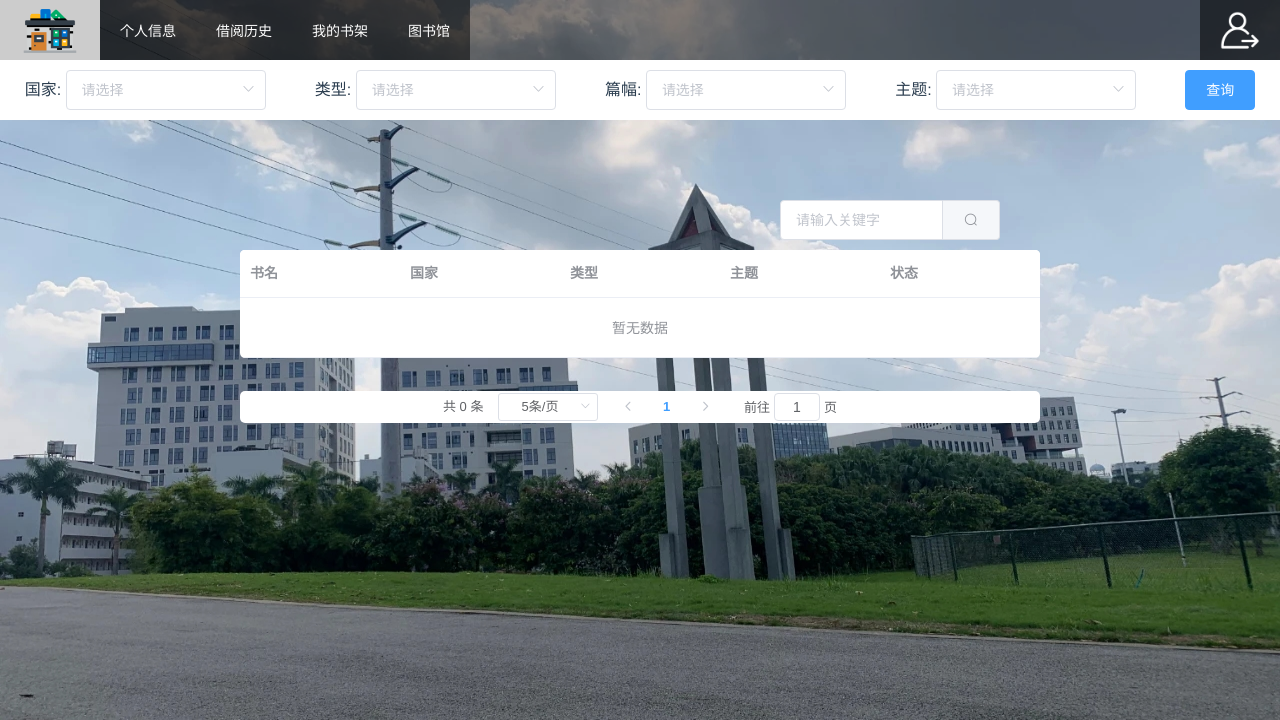
Repository: Akron-xz/helloVue
Page: /#/library (app in vue-library/)
The author's editor kept a copy of each file at every save. The page is drawn from the files as they stood at one save, then again after the next save.
The browser window is 1280 px wide. The pictures show the whole page.
The project was rebuilt for these pictures with package versions that can differ from the ones it lists, and the page was loaded fresh each time. Also part of the build but not shown: vue-library/src/components/homeNav.vue, vue-library/src/views/Home.vue.

Above is the page before, as saved 2020-11-25 12:03:25.

### vue-library/src/main.js
import Vue from 'vue'
import App from './App.vue'
import ElementUI from 'element-ui';
import 'element-ui/lib/theme-chalk/index.css';
import axios from "axios"
import router from './router'
import Router from 'vue-router'

const routerPush = Router.prototype.push
Router.prototype.push = function push(location) {
    return routerPush.call(this, location).catch(error => error)
}

Vue.config.productionTip = false
Vue.use(ElementUI);
Vue.prototype.$axios = axios;


new Vue({
    router,
    render: h => h(App)
}).$mount('#app')

### vue-library/src/router/index.js
import Vue from 'vue'
import VueRouter from 'vue-router'
import Home from '../views/Home.vue'


Vue.use(VueRouter)

const routes = [{
        path: '/',
        name: 'Home',
        component: Home
    },
    {
        path: '/about',
        name: 'About',
        // route level code-splitting
        // this generates a separate chunk (about.[hash].js) for this route
        // which is lazy-loaded when the route is visited.
        component: () =>
            import ( /* webpackChunkName: "about" */ '../views/About.vue')
    },
    {
        path: '/admin',
        name: 'Admin',
        // route level code-splitting
        // this generates a separate chunk (about.[hash].js) for this route
        // which is lazy-loaded when the route is visited.
        component: () =>
            import ( /* webpackChunkName: "about" */ '../views/Administrator.vue')
    },
    {
        path: "/userLogin",
        name: "UserLogin",
        component: () =>
            import ('../views/UserLogin.vue')
    },
    {
        path: "/user",
        name: "User",
        component: () =>
            import ( /* webpackChunkName: "about" */ '../views/User.vue')
    },
    {
        path: "/signup",
        name: "SignUp",
        component: () =>
            import ('../views/SignUp.vue')
    },
    {
        path: "/adminmain",
        name: "AdminMain",
        component: () =>
            import ('../views/AdminMain.vue')
    },
    {

        path: "/MyInformation",
        name: "MyInformation",
        component: () =>
            import ('../views/MyInformation.vue')
    },
    {
        path: "/library",
        name: "Library",
        component: () =>
            import ( /* webpackChunkName: "about" */ '../views/Library.vue')

    },
    {
        path: "/modifymsg",
        name: "ModifyMsg",
        component: () =>
            import ('../views/ModifyMsg.vue')
    },
    {
        path: "/borrowhistory",
        name: "BorrowHistory",
        component: () =>
            import ('../views/BorrowHistory.vue')
    },
    {
        path: "/newissue",
        name: "NewIssue",
        component: () =>
            import ('../views/NewIssue.vue')
    },
    {
        path: "/booksearch",
        name: "BookSearch",
        component: () =>
            import ('../views/BookSearch.vue')
    },
    {
        path: "/MyBookshelves",
        name: "MyBookshelves",
        component: () =>
            import ('../views/MyBookshelves.vue')
    },
    {
        path: "/modifyAnnounce",
        name: "ModifyAnnounce",
        component: () =>
            import ('../views/ModifyAnnounce.vue')
    },
    {
        path: "/statistics",
        name: "Statistics",
        component: () =>
            import ('../views/Statistics.vue')
    },


]

const router = new VueRouter({
    routes
})

export default router

### vue-library/src/views/Library.vue
<template >
  <div class="library-container">
    <userNavigation></userNavigation>
    <div class="select">
      <label for=""
        >国家:
        <el-select v-model="couId" clearable placeholder="请选择">
          <el-option
            v-for="item in country"
            :key="item.countryId"
            :label="item.countryName"
            :value="item.countryId"
          >
          </el-option>
        </el-select>
      </label>

      <label for=""
        >类型:
        <el-select v-model="tyId" clearable placeholder="请选择">
          <el-option
            v-for="item in type"
            :key="item.typeId"
            :label="item.typeName"
            :value="item.typeId"
          >
          </el-option>
        </el-select>
      </label>

      <label for=""
        >篇幅:
        <el-select clearable placeholder="请选择" v-model="pagenumber">
          <el-option
            v-for="item in pages"
            :key="item.pageId"
            :label="item.pageName"
            :value="item.pageId"
          >
          </el-option>
        </el-select>
      </label>

      <label for=""
        >主题:
        <el-select v-model="thId" clearable placeholder="请选择">
          <el-option
            v-for="item in theme"
            :key="item.themeId"
            :label="item.themeName"
            :value="item.themeId"
          >
          </el-option>
        </el-select>
      </label>
      <el-button type="primary" class="query" @click="selectByLabel"
        >查询</el-button
      >
    </div>

    <div>
      <div class="keyWordQuery">
        <el-input
          placeholder="请输入关键字"
          style="width: 220px"
          class="input-with-select"
          v-model="key"
          @keyup.enter.native="selectByKey"
        >
          <el-button
            slot="append"
            icon="el-icon-search"
            @click="selectByKey"
          ></el-button>
        </el-input>
      </div>
    </div>

    <!-- 搜索后显示 -->
    <div class="table-box" v-show="tableDisplay">
      <el-table
        :data="
          lists.slice(
            (page.currentPage - 1) * page.pageSize,
            page.currentPage * page.pageSize
          )
        "
        max-height="240"
      >
        <el-table-column label="书名" property="bookName"></el-table-column>
        <el-table-column
          label="国家"
          property="country.countryName"
        ></el-table-column>
        <el-table-column
          label="类型"
          property="type.typeName"
        ></el-table-column>
        <el-table-column
          label="主题"
          property="theme.themeName"
        ></el-table-column>
        <el-table-column label="状态">
          <template slot-scope="scope">
            <el-button type="" @click="borrowStatus(scope.row)">详情</el-button>
          </template>
        </el-table-column>
      </el-table>
      <br />
      <!-- 分页器 -->
      <div class="block" style="margin-top: 15px">
        <el-pagination
          align="center"
          @size-change="handleSizeChange"
          @current-change="handleCurrentChange"
          :current-page="page.currentPage"
          :page-sizes="[1, 5, 10, 20]"
          :page-size="page.pageSize"
          layout="total, sizes, prev, pager, next, jumper"
          :total="lists.length"
        >
        </el-pagination>
      </div>
    </div>

    <!-- 进入借阅界面 -->
    <div class="borrow-box" v-show="!tableDisplay">
      <h1>书名：{{ bookname }}</h1>
      <div v-text="'简介：' + brief" class="brief"></div>
      <div class="borrow-button">
        <el-button v-if="isBorrow()" type="primary" @click="borrow" disabled>
          已借
        </el-button>
        <el-button v-else-if="this.surplusNumber >= 1" type="primary" @click="borrow">
          借阅
        </el-button>
        <el-button v-else type="primary" @click="borrow" disabled style="background-color: lack">
          无货
        </el-button>
        <el-button type="info" @click="goBack">返回</el-button>
      </div>
    </div>
  </div>
</template>
<script>
import axios from "axios";
import userNavigation from '@/components/userNav.vue';
export default {
  components:{
        userNavigation
    },
  data() {
    return {
      couId: "",
      tyId: "",
      thId: "",
      pagenumber: "",
      key: "",
      brief: "霍金写的书",
      bookname: "时间简史",
      tableDisplay: true,
      bookId:"",

      // 剩余数量
      surplusNumber:"",

      userData:[{
        userId:"",
        name: "",
          sex: "",
          age: "",
          email: "",
          birthday: "",
          phone: "",
          address: "",
          introduction: "",
          password: "",
      }],

      // 接收数据
      lists: [],
      // 分页
      page: {
        currentPage: 1, // 当前页码
        total: 20, // 总条数
        pageSize: 5, // 每页的数据条数
      },
      // 输入框内容
      inputContent: "",

      tableData: [
        {
          bookName: "1",
          country: {
            countryId: 0,
            countryName: "",
          },

          type: "3",
          theme: "4",
          brief: "5",
        },
      ],
      value: "",
      country: [
        {
          countryId: 0,
          countryName: "",
        },
      ],

      // 类型
      type: [
        {
          typeId: 0,
          typeName: "",
        },
      ],

      // 借阅历史
      borrowList:[],
      // 借阅状态：1.已借 2.有货 3.缺货
      num: 2,
      // 归还状态
      return: [],

      pages: [
        {
          pageId: 1,
          pageName: "1-500字",
        },
        {
          pageId: 2,
          pageName: "501-1000字",
        },
        {
          pageId: 3,
          pageName: "1001-1500字",
        },
        {
          pageId: 4,
          pageName: ">1500字",
        },
      ],
      theme: [
        {
          themeId: 0,
          themeName: "",
        },
      ],
    };
  },
  methods: {
    // 进入详细页面
    borrowStatus(row) {
      this.tableDisplay = !this.tableDisplay;
      this.brief = [row][0].brief;
      this.bookname = [row][0].bookName;
      this.bookId = [row][0].bookId;
      this.surplusNumber = [row][0].surplusNumber;
    },

    // 点击借阅按钮
    borrow() {
      console.log(this.bookId)
      console.log(this.userData[0].userId)
      axios({
        method:"get",
        url:"http://localhost:8081/user/borrow/",
        params:{
          userId:this.userData[0].userId,
          bookId:this.bookId,

        }
      }).then(res=>{
        alert(res.data);
        this.$router.go(0);
      })
     console.log(this.bookId)
      this.tableDisplay = !this.tableDisplay;
    },
     goBack() {
      this.tableDisplay = !this.tableDisplay;
    },
    // 每页多少条数据
    handleSizeChange(val) {
      console.log(`每页 ${val} 条`);
      this.page.currentPage = 1;
      this.page.pageSize = val;
    },
    // 当前页码
    handleCurrentChange(val) {
      console.log(`当前页: ${val}`);
      this.page.currentPage = val;
    },

    // 计算是否处于借阅状态
    isBorrow(){
      for (let i = 0; i < this.return.length; i++) {
        if (this.bookId == this.return[i].bookId) {
          return true;
        }
      }
      return false;
    },

    // 书籍模糊搜索
    searchContent() {
      if (this.inputContent == "") {
        alert("请输入需要查询的信息。");
        return 0;
      }
      axios
        .post(
          // 接口路径是什么？(fixed)
          "http://localhost:8081/book/list/" + this.inputContent
        )
        .then((res) => {
          console.log("搜索成功");
          let list = res.data;
          console.log(list);
        })
        .catch((err) => console.log("error...", err));
      //清空输入框
      this.inputContent = "";
    },

    // 关键字搜索
    selectByLabel() {
      axios
        .post(
          "http://localhost:8081/book/list/label",
          {
            countryId: this.couId,
            typeId: this.tyId,
            themeId: this.thId,
            lengthRange: this.pagenumber,
          },
          { emulateJSON: true }
        )
        .then((res) => {
          this.lists = res.data;
        })
        .catch((err) => console.log("error...", err));
    },

    selectByKey() {
      axios
        .get("http://localhost:8081/book/list/key", {
          params: {
            key: this.key,
          },
        })
        .then((res) => {
          this.lists = res.data;
          this.key = "";
        })
        .catch((err) => console.log("error...", err));
    },
  },

  created() {
    // 获取user的session
    let user = JSON.parse(sessionStorage.getItem("userSession"));
    console.log(user);
    this.userData[0].userId = user.userId;
    console.log(this.userData);
    axios
      .get("http://localhost:8081/book/list", {
        params: {
          pageNum: 1,
          pageSize: 5,
        },
      })
      .then((res) => {
        // console.log(pageInfo);
        // 使用全局lists变量来接收响应的json数据
        // 使用全局lists接受响应的json数据
        this.lists = res.data;
      })
      .catch((err) => console.log("error...", err));
    axios.get("http://localhost:8081/country/list").then((res) => {
      this.country = res.data;
    });
    axios.get("http://localhost:8081/type/list").then((res) => {
      this.type = res.data;
    });
    axios.get("http://localhost:8081/theme/list").then((res) => {
      this.theme = res.data;
    });
    axios({
            method:"get",
            url:"http://localhost:8081/user/bookshelves",
            params:{
              userId:this.userData[0].userId
            }
        }).then(res=>{
            console.log("this.return");
            // for (let i = 0; i < res.data.length; i++) {
            //   this.return[i].bookId = res.data[i].bookId;
            //   console.log(this.return[i].bookId);
            // }
            this.return = res.data;
            console.log(this.return);
        })
  },

  // 计算v-if的判断值
  // computed: {
  //   isBorrow: function(){
  //     return function(){
  //       for (let i = 0; i < this.return.length; i++) {
  //         if (this.bookId == this.return[i].bookId) {
  //           return true;
  //         }
  //       }
  //       return false;
  //     }
  //   }
  // },
};
</script>

<style  scoped>
.library-container {
  position: fixed;
  left: 0;
  top: 0;
  width: 100%;
  height: 100%;
  background-repeat: no-repeat;
  background-size: 100%;
  background-image: url(/img/divBg/bg26.jpg);
  background-size: 100% 100%;
  text-align: center;
}

.select {
  display: flex;
  flex-direction: row;
  justify-content: space-around;
  position: absolute;
  top: 60px;
  width: 100%;
  height: 60px;
  background: white;
  align-items: center;
}
.el-select {
  width: 200px;
}

.keyWordQuery {
  position: fixed;
  top: 200px;
  right: 300px;
  width: 200px;
}

.table-box {
  position: fixed;
  top: 250px;
  left: 50%;
  margin-left: -400px;
  width: 800px;
}

.borrow-box {
  position: fixed;
  top: 250px;
  left: 50%;
  margin-left: -400px;
  width: 800px;
  height: 300px;
  background-color: white;
}

.brief {
  border: 1px solid black;
  width: 400px;
  height: 200px;
  margin-left: 10px;
  text-align: left;
}

.borrow-button {
  float: right;
  height: 150px;
  width: 200px;
  margin-top: -50px;
  margin-left: 40px;
}

.block{
  background: white;
  border-radius: 5px;
}

.el-table{
  border-radius: 5px;
}
</style>

### vue-library/src/components/userNav.vue
<template>

    <div class="navigation-bar">
        <el-menu
            class="el-menu-demo"
            mode="horizontal"
            @select="handleSelect"
            background-color="#00000080"
            text-color="#ffffff"
            text-font="15px">


            <el-menu-item index="1" @click="toUser">
                <img src="/img/libraryIcon.png" alt="" target="_self" class="libraryIcon">
            </el-menu-item>

            <el-menu-item index="2" @click="toModifyMsg">
                <a  target="_self"  >个人信息</a>
            </el-menu-item>

            <el-menu-item index="3" @click="toBorrowHistory">
                <a  target="_self">借阅历史</a>
            </el-menu-item>

            <el-menu-item index="4" @click="toMyBookshelves">
                <a  target="_self">我的书架</a>
            </el-menu-item>

            <el-menu-item index="5" @click="toLibrary">
                <a  target="_self">图书馆</a>
            </el-menu-item>

            <el-menu-item index="6" class="exitIcon">
                <img src="/img/logoutIconWhite.png" alt="" target="_self" class="logoutIcon" @click="signOut">
            </el-menu-item>

            <!-- <el-menu-item index="6" @click="toMain">
                <a  target="_self">返回主页</a>
            </el-menu-item> -->
        </el-menu>

    </div>
</template>

<script>
export default {
    name:"Nav",
    data() {
      return {
        activeIndex: '1'
      }
    },
    methods: {
    handleSelect(key, keyPath) {
      console.log(key, keyPath);
    },
    toUser(){
      this.$router.push({path:'/user'});
    },

    toModifyMsg(){
      this.$router.push({path:'/ModifyMsg'});
    },
    toBorrowHistory(){
      this.$router.push({path:'/BorrowHistory'});
    },
    toMyBookshelves(){
      this.$router.push({path:'/MyBookshelves'});
    },
    toLibrary(){
      this.$router.push({path:'/Library'});
    },
    signOut(){
      sessionStorage.clear();
      this.$router.push({path:'/'});
    }


  },

}
</script>>

<style scoped>
.libraryIcon{
  height: 60px;
  width: 60px;
}

.exitIcon{
  float: right;
}

.logoutIcon{
  height: 40px;
  width: 40px;
}

</style>>

Loaded but not shown: vue-library/public/index.html (common file); vue-library/src/App.vue (common file)

After the next save:
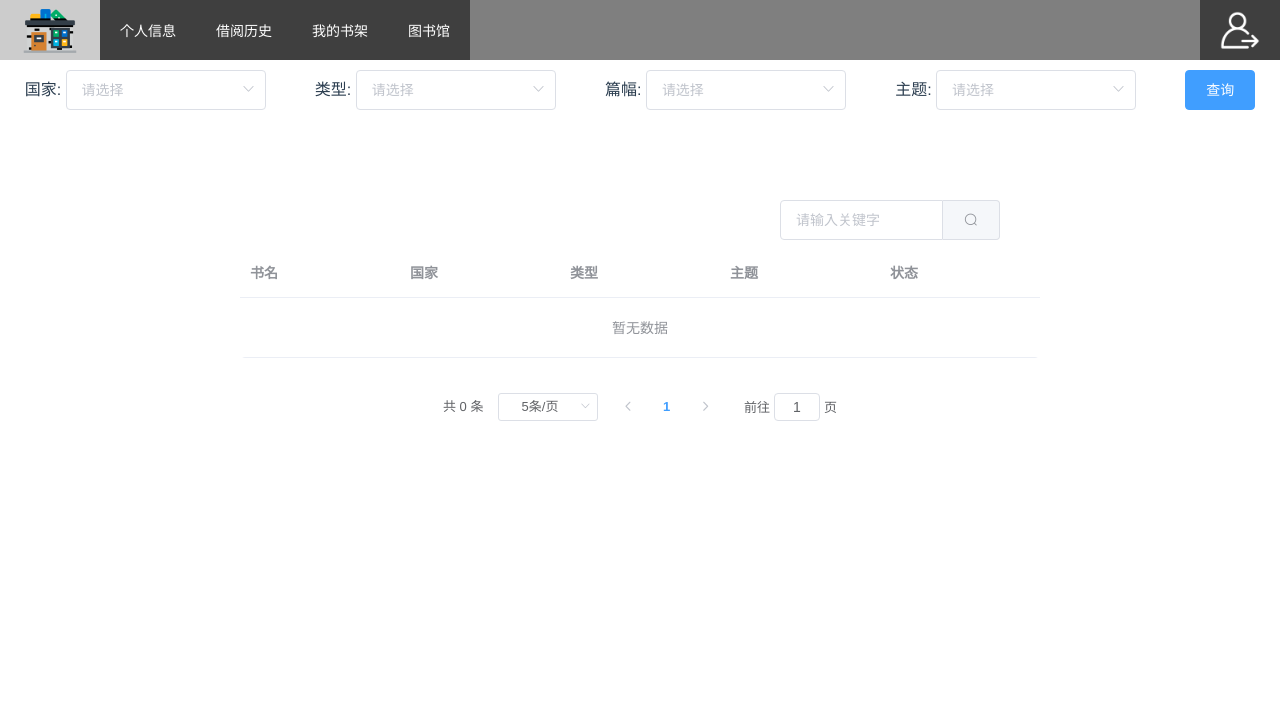
Not found: img/divBg/bg36.jpg
Saved 61 s later.
--- a/vue-library/src/views/Library.vue
+++ b/vue-library/src/views/Library.vue
@@ -430,7 +430,7 @@ export default {
   height: 100%;
   background-repeat: no-repeat;
   background-size: 100%;
-  background-image: url(/img/divBg/bg26.jpg);
+  background-image: url(/img/divBg/bg36.jpg);
   background-size: 100% 100%;
   text-align: center;
 }

After the save that followed:
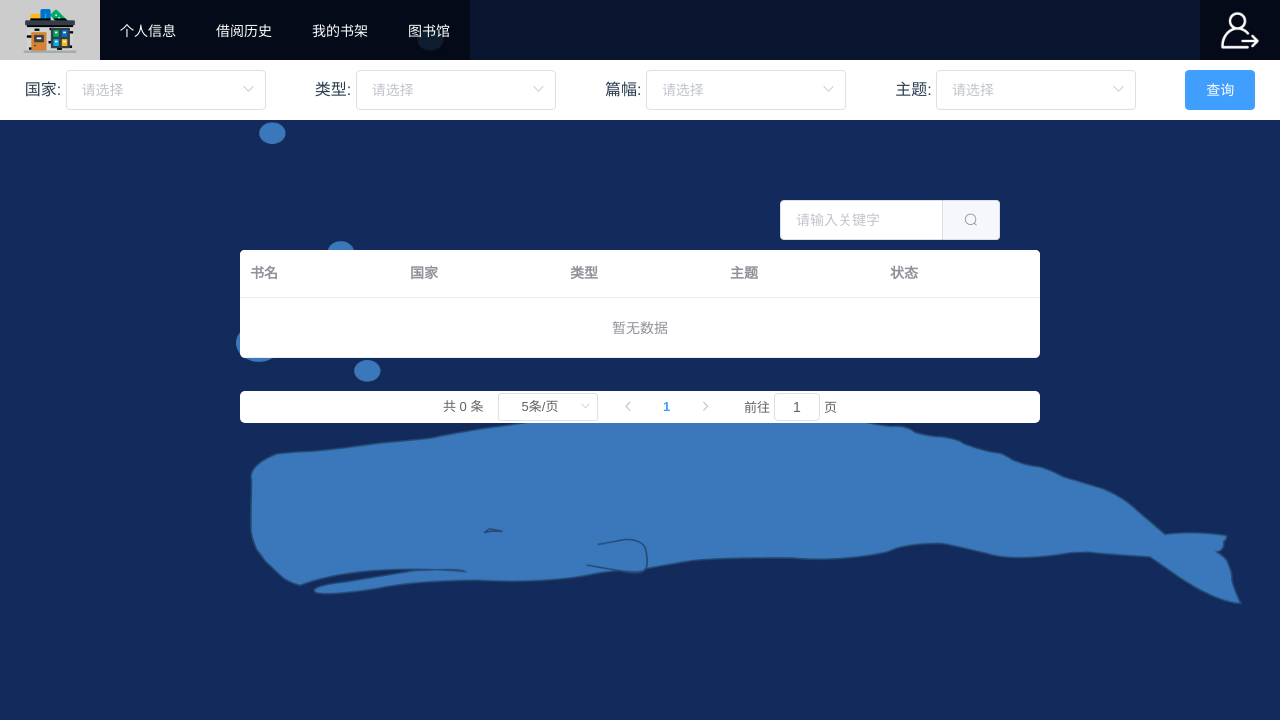
Saved 9 min 6 s later.
--- a/vue-library/src/views/Library.vue
+++ b/vue-library/src/views/Library.vue
@@ -430,7 +430,7 @@ export default {
   height: 100%;
   background-repeat: no-repeat;
   background-size: 100%;
-  background-image: url(/img/divBg/bg36.jpg);
+  background-image: url(/img/divBg/bg34.jpg);
   background-size: 100% 100%;
   text-align: center;
 }
